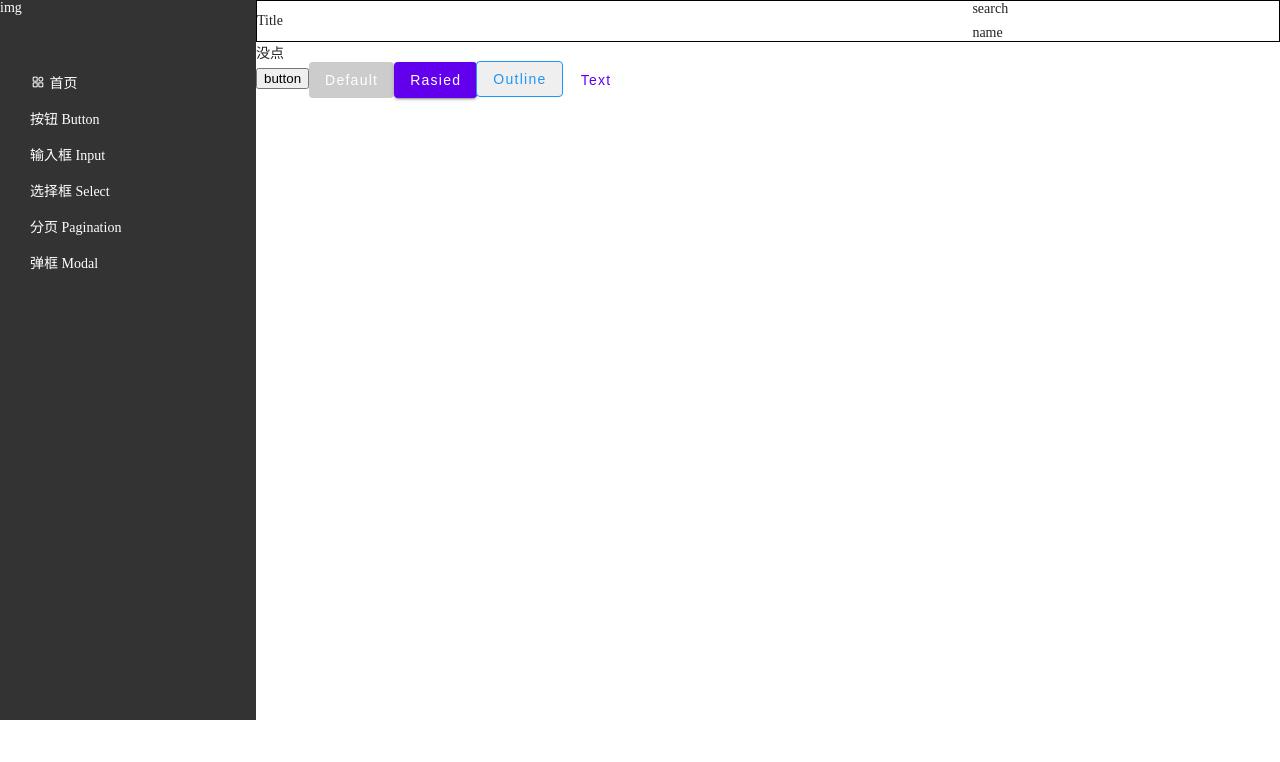
Repository: wyhsunflower/koalaUI
Page: /
The author's editor kept a copy of each file at every save. The page is drawn from the files as they stood at one save, then again after the next save.
The browser window is 1280 px wide. The pictures show the whole page.
The project was rebuilt for these pictures with package versions that can differ from the ones it lists, and the page was loaded fresh each time. Also part of the build but not shown: webpack.config.js, src/components/Modal/Modal.vue. Imported but missing from the stored project, and not drawn on this page: src/views/go/go2.vue.

Above is the page before, as saved 2020-03-15 21:20:30.

After the next save:
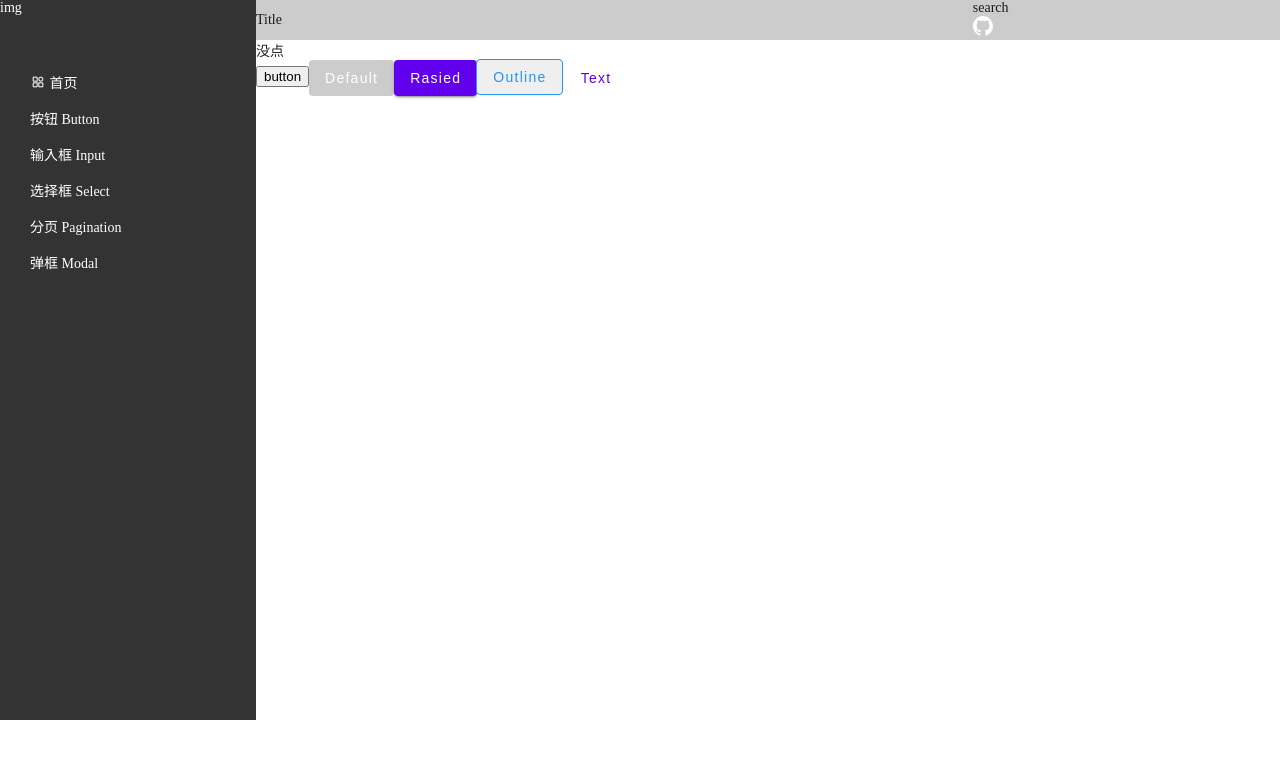
Saved 4 min 54 s later.
--- a/src/Header.vue
+++ b/src/Header.vue
@@ -3,7 +3,7 @@
         <div class="title">Title</div>
         <div class="right">
             <div class="search">search</div>
-            <div class="config">name
+            <div class="config">
             <svg width="20" height="20" viewBox="0 0 20 20" xmlns="http://www.w3.org/2000/svg"><title>github-circle-white-transparent</title><path d="M10 0C4.477 0 0 4.477 0 10c0 4.42 2.87 8.17 6.84 9.5.5.08.66-.23.66-.5v-1.69c-2.77.6-3.36-1.34-3.36-1.34-.46-1.16-1.11-1.47-1.11-1.47-.91-.62.07-.6.07-.6 1 .07 1.53 1.03 1.53 1.03.87 1.52 2.34 1.07 2.91.83.09-.65.35-1.09.63-1.34-2.22-.25-4.55-1.11-4.55-4.92 0-1.11.38-2 1.03-2.71-.1-.25-.45-1.29.1-2.64 0 0 .84-.27 2.75 1.02.79-.22 1.65-.33 2.5-.33.85 0 1.71.11 2.5.33 1.91-1.29 2.75-1.02 2.75-1.02.55 1.35.2 2.39.1 2.64.65.71 1.03 1.6 1.03 2.71 0 3.82-2.34 4.66-4.57 4.91.36.31.69.92.69 1.85V19c0 .27.16.59.67.5C17.14 18.16 20 14.42 20 10A10 10 0 0 0 10 0z" fill="#FFF" fill-rule="evenodd"/></svg>
             </div>
         </div>
@@ -22,7 +22,7 @@
         display: flex;
         justify-content: space-between;
         align-items: center;
-        border: 1px solid #000;
+        background-color:#ccc
     }
     .title{
         width: 60%;
